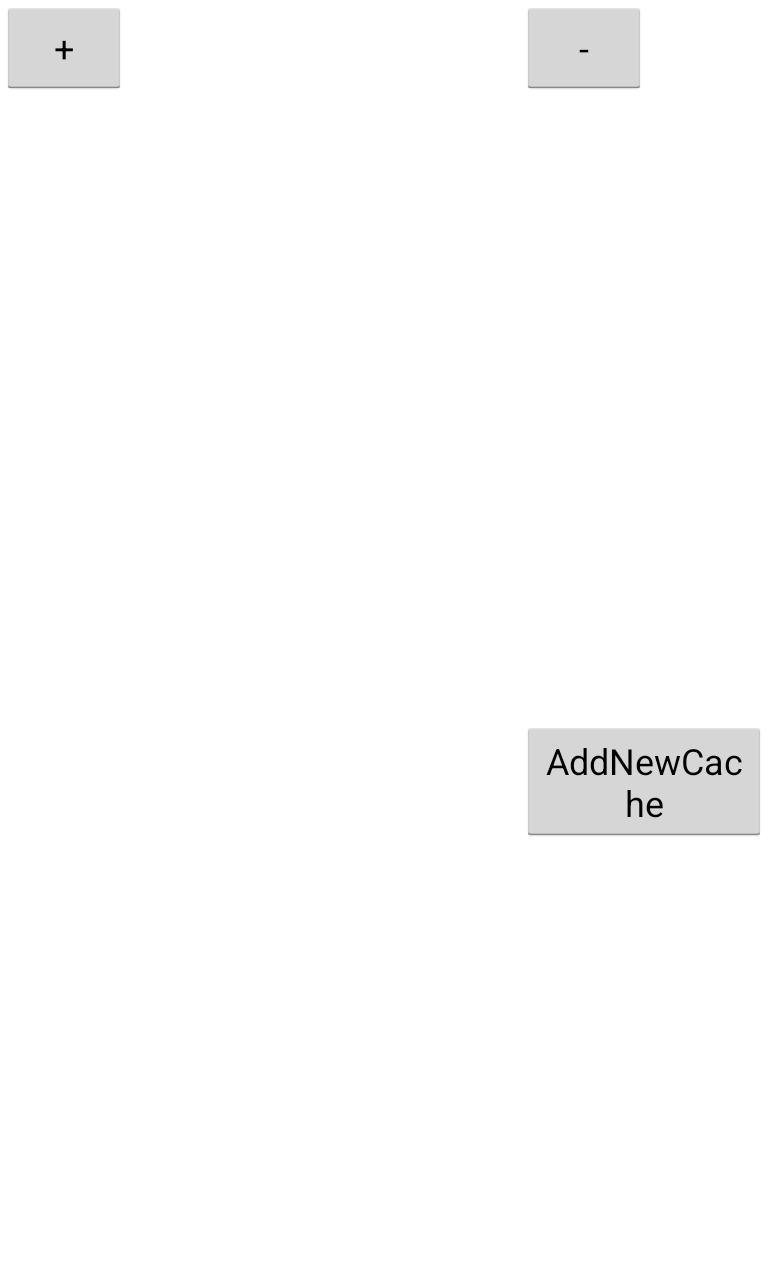
Repository: mpdehnel/seg
Layout: VectorOne/res/layout/activity_radar.xml
These files come from the project's save history. The layout is drawn as it stood at one moment and after the next save; the edit follows.
It is drawn on a 768 x 1280 px phone screen (xhdpi) without system bars, with theme AppTheme; the app's code is not run.

Above is the layout before, as saved 2013-03-09 16:53:08.

### VectorOne/res/layout/activity_radar.xml
<?xml version="1.0" encoding="utf-8"?>
<FrameLayout xmlns:android="http://schemas.android.com/apk/res/android"
    android:id="@+id/radar_preview"
    android:layout_width="match_parent"
    android:layout_height="match_parent" >

    <Button
        android:id="@+id/radar_zoomin"
        android:layout_width="wrap_content"
        android:layout_height="wrap_content"
        android:text="+" />

    <Button
        android:id="@+id/radar_zoomout"
        android:layout_width="wrap_content"
        android:layout_height="wrap_content"
        android:layout_marginLeft="260dp"
        android:text="-" />

    <Button
        android:id="@+id/addnewCachRadar"
        android:layout_width="wrap_content"
        android:layout_height="wrap_content"
        android:layout_marginLeft="260dp"
        android:layout_marginTop="360dp"
        android:text="AddNewCache" />

</FrameLayout>

Loaded but not shown: VectorOne/res/values/styles.xml (common file); VectorOne/res/values-v11/styles.xml (common file); VectorOne/res/values-v14/styles.xml (common file)

After the next save:
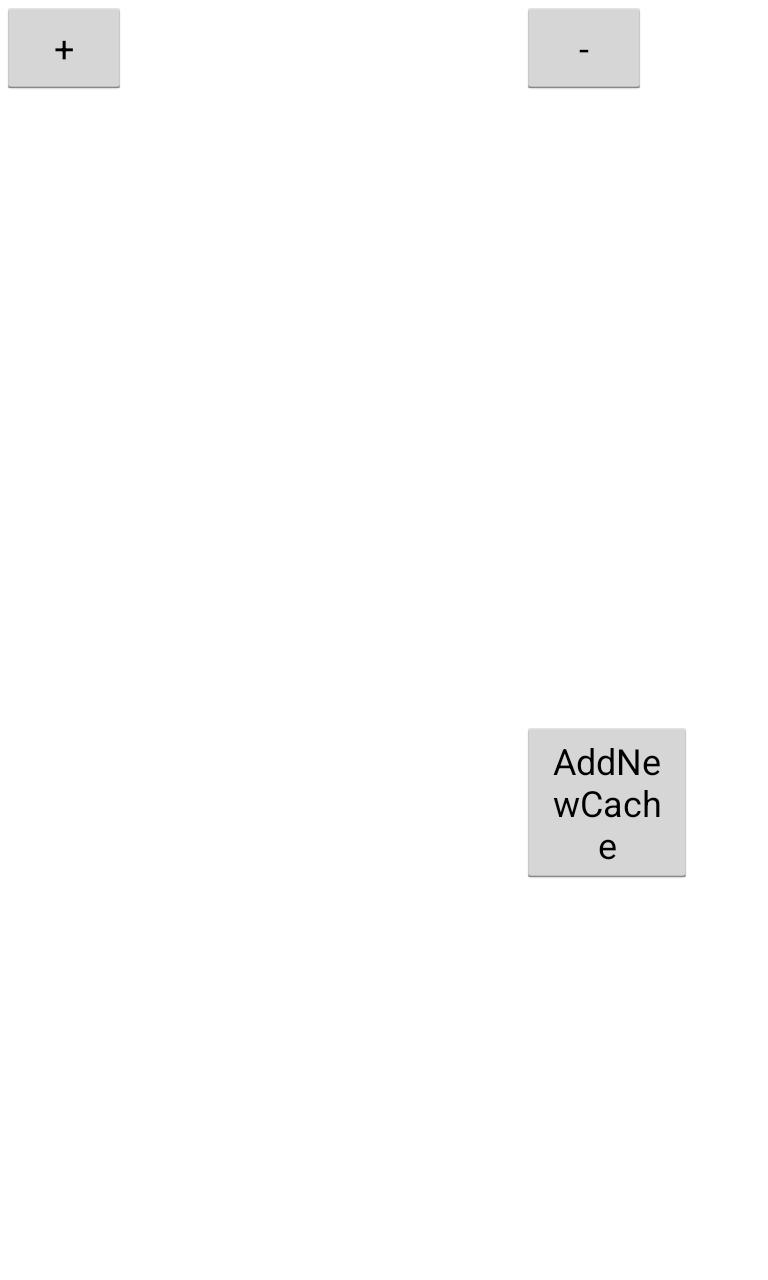
Saved 24 s later.
--- a/VectorOne/res/layout/activity_radar.xml
+++ b/VectorOne/res/layout/activity_radar.xml
@@ -19,7 +19,7 @@
 
     <Button
         android:id="@+id/addnewCachRadar"
-        android:layout_width="wrap_content"
+        android:layout_width="87dp"
         android:layout_height="wrap_content"
         android:layout_marginLeft="260dp"
         android:layout_marginTop="360dp"
